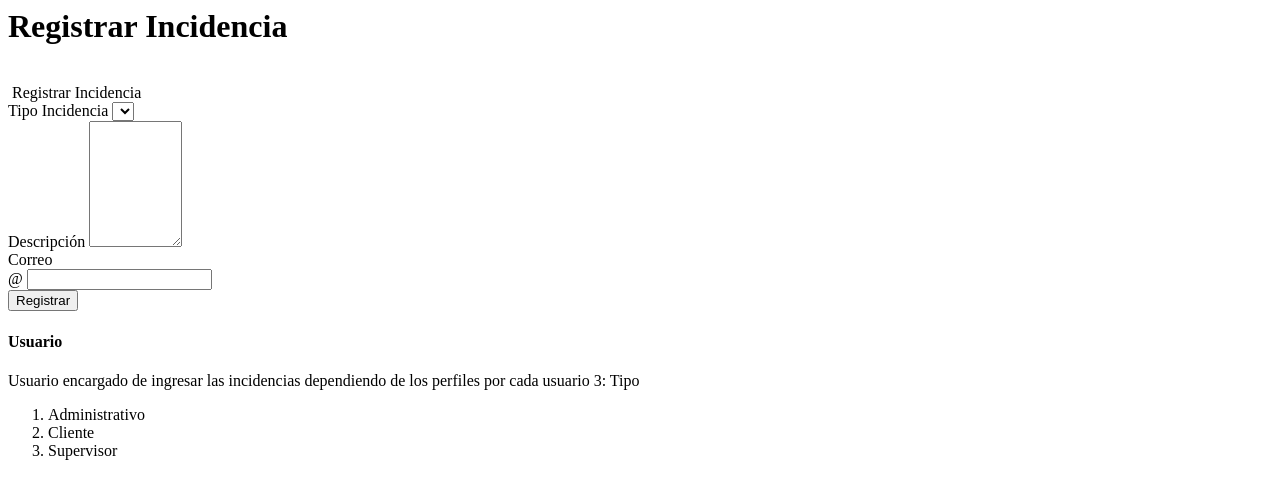
Repository: androla10/ProyectoCibert5to
Page: http://localhost/GDI/Incidencia/RegistrarIncidencia.jsp
An editor plug-in stored every save of this project. The page is shown before and after the next save, followed by the edit.
The browser window is 1280 px wide. The pictures show the whole page.
The page is served by Tomcat 9. Nobody is signed in. The application's start-up code is not run.

Above is the page before, as saved 2016-05-10 21:52:42.

After the next save:
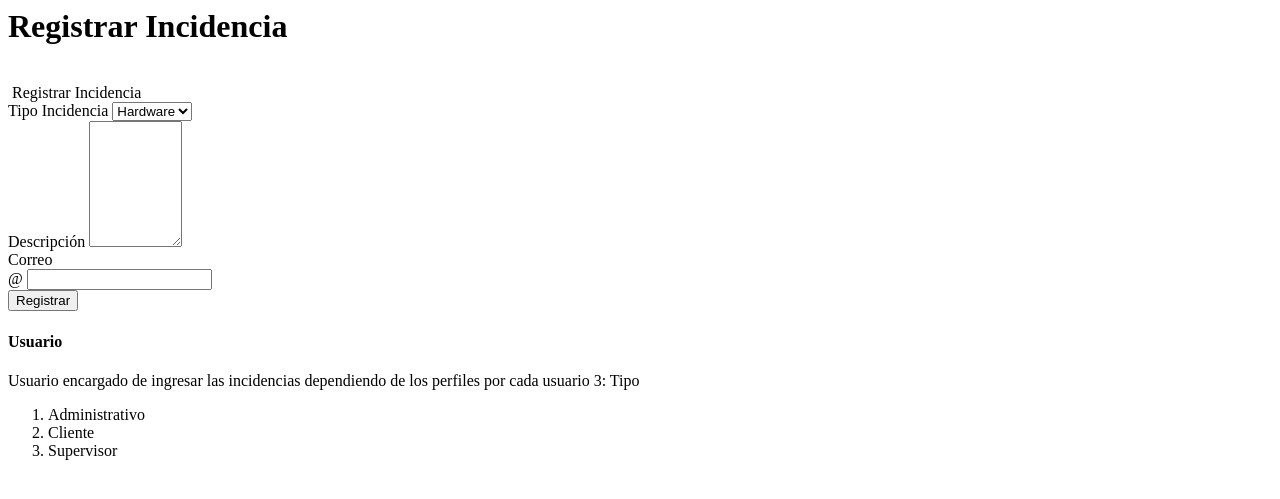
Saved 12 s later.
--- a/GDI/src/main/webapp/Incidencia/RegistrarIncidencia.jsp
+++ b/GDI/src/main/webapp/Incidencia/RegistrarIncidencia.jsp
@@ -12,6 +12,9 @@
 						<div class="form-group">
 							<label for="tipoIncidencia">Tipo Incidencia</label>
 							<select name="incidencia.TipoIncidencia" id="tipoIncidencia">
+								<option>Hardware</option>
+								<option></option>
+								<option></option>
 								<option></option>
 							</select>
 						</div>
